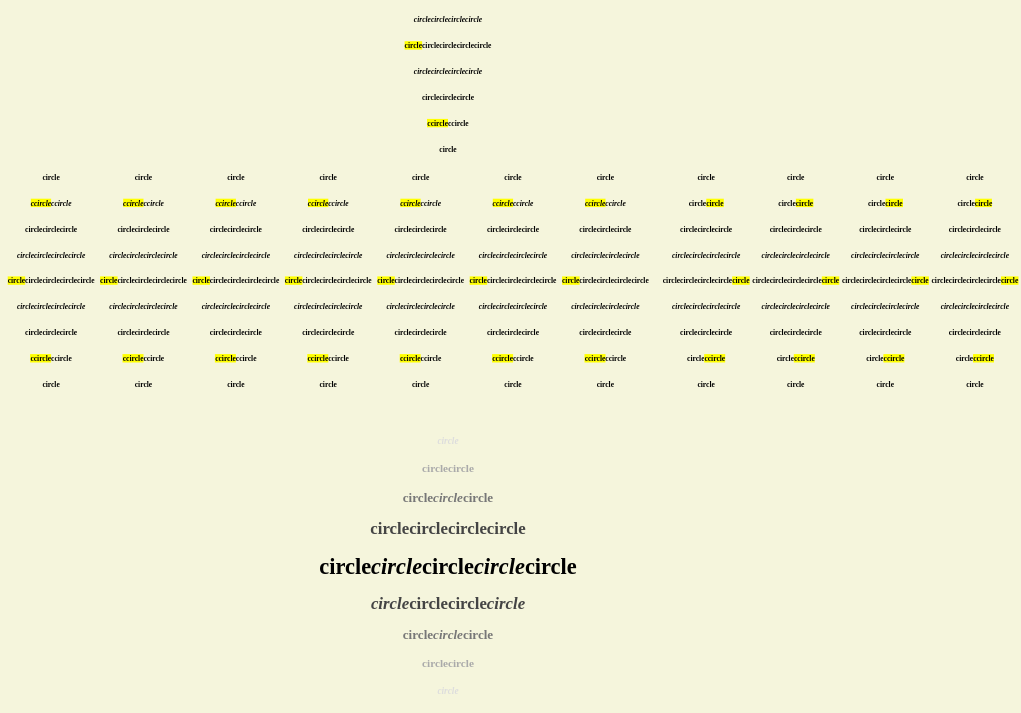
Repository: parkh899/parkh899.github.io
Page: lab/composition2.html
The author's editor kept a record of every edit. The page is drawn from the files as they stood at one moment, then again after the next edit.
The browser window is 1280 px wide. The page is 1458 px wide, so the pictures cover 1458 px, including what lies to the right of the window. The pictures show the part of the page from y = 1777 to 3457 px (the page is 2795 px tall before and 3793 px after), at 70% of full size.

Above is the page before.

### lab/composition2.html
<html>

<a href = "../index.html">Home</a> | <a href = "index.html">Composition</a>

<br/>
<hr/>
<hr/>

<body bgcolor="beige">

<center>

    <h1>circle</h1>
    <h1><i>circlecircle</i></h1>
    <h1><mark>circle</mark><del>circle</del><mark>circle</mark></h1>
    <h1><mark>circle</mark><del>circlecircle</del><mark>circle</mark></h1>
    <h1><mark>circle</mark><del><i>circle</i></del><mark>circle</mark><del><i>circle</i></del><mark>circle</mark></h1>
    <h1><mark>circle</mark><del>circlecircle</del><mark>circle</mark></h1>
    <h1><mark>circle</mark><del>circle</del><mark>circle</mark></h1>
    <h1><i>circlecircle</i></h1>
    <h1>circle</h1>
     <h1>circle</h1>
    <h1><i>circlecircle</i></h1>
    <h1><mark>circle</mark><del>circle</del><mark>circle</mark></h1>
    <h1><mark>circle</mark><del>circlecircle</del><mark>circle</mark></h1>
    <h1><mark>circle</mark><del><i>circle</i></del><mark>circle</mark><del><i>circle</i></del><mark>circle</mark></h1>
    <h1><mark>circle</mark><del>circlecircle</del><mark>circle</mark></h1>
    <h1><mark>circle</mark><del>circle</del><mark>circle</mark></h1>
    <h1><i>circlecircle</i></h1>
    <h1>circle</h1>
     <h1>circle</h1>
    <h1><i>circlecircle</i></h1>
    <h1><mark>circle</mark><del>circle</del><mark>circle</mark></h1>
    <h1><mark>circle</mark><del>circlecircle</del><mark>circle</mark></h1>
    <h1><mark>circle</mark><del><i>circle</i></del><mark>circle</mark><del><i>circle</i></del><mark>circle</mark></h1>
    <h1><mark>circle</mark><del>circlecircle</del><mark>circle</mark></h1>
    <h1><mark>circle</mark><del>circle</del><mark>circle</mark></h1>
    <h1><i>circlecircle</i></h1>
    <h1>circle</h1>

    <br/>

    <table>
        <tr>
            <td>
                <center>
                <h6>circle</h6>
                <h6><i><mark>ccircle</mark>ccircle</i></h6>
                <h6>circlecirclecircle</h6>
                <h6><em>circlecirclecirclecircle</em></h6>
                <h6><strong><mark>circle</mark>circlecirclecirclecircle</strong></h6>
                <h6><em>circlecirclecirclecircle</em></h6>
                <h6>circlecirclecircle</h6>
                <h6><mark>ccircle</mark>ccircle</h6>
                <h6>circle</h6>
                </center>
            </td>
            <td>
                <td>
                <center>
                <h6>circle</h6>
                <h6><i><mark>ccircle</mark>ccircle</i></h6>
                <h6>circlecirclecircle</h6>
                <h6><em>circlecirclecirclecircle</em></h6>
                <h6><strong><mark>circle</mark>circlecirclecirclecircle</strong></h6>
                <h6><em>circlecirclecirclecircle</em></h6>
                <h6>circlecirclecircle</h6>
                <h6><mark>ccircle</mark>ccircle</h6>
                <h6>circle</h6>
                </center>
            </td>
            <td>
                <td>
                <center>
                <h6>circle</h6>
                <h6><i><mark>ccircle</mark>ccircle</i></h6>
                <h6>circlecirclecircle</h6>
                <h6><em>circlecirclecirclecircle</em></h6>
                <h6><strong><mark>circle</mark>circlecirclecirclecircle</strong></h6>
                <h6><em>circlecirclecirclecircle</em></h6>
                <h6>circlecirclecircle</h6>
                <h6><mark>ccircle</mark>ccircle</h6>
                <h6>circle</h6>
                </center>
            </td>
            <td>
                <td>
                <center>
                <h6>circle</h6>
                <h6><i><mark>ccircle</mark>ccircle</i></h6>
                <h6>circlecirclecircle</h6>
                <h6><em>circlecirclecirclecircle</em></h6>
                <h6><strong><mark>circle</mark>circlecirclecirclecircle</strong></h6>
                <h6><em>circlecirclecirclecircle</em></h6>
                <h6>circlecirclecircle</h6>
                <h6><mark>ccircle</mark>ccircle</h6>
                <h6>circle</h6>
                </center>
            </td>
            <td>
                <td>
                <center>
                <h6>circle</h6>
                <h6><i><mark>ccircle</mark>ccircle</i></h6>
                <h6>circlecirclecircle</h6>
                <h6><em>circlecirclecirclecircle</em></h6>
                <h6><strong><mark>circle</mark>circlecirclecirclecircle</strong></h6>
                <h6><em>circlecirclecirclecircle</em></h6>
                <h6>circlecirclecircle</h6>
                <h6><mark>ccircle</mark>ccircle</h6>
                <h6>circle</h6>
                </center>
            </td>
            <td>

                <td>
                <center>
                <h6>circle</h6>
                <h6><i><mark>ccircle</mark>ccircle</i></h6>
                <h6>circlecirclecircle</h6>
                <h6><em>circlecirclecirclecircle</em></h6>
                <h6><strong><mark>circle</mark>circlecirclecirclecircle</strong></h6>
                <h6><em>circlecirclecirclecircle</em></h6>
                <h6>circlecirclecircle</h6>
                <h6><mark>ccircle</mark>ccircle</h6>
                <h6>circle</h6>
                </center>
            </td>
            <td>
                   <td>
                <center>
                <h6>circle</h6>
                <h6><i><mark>ccircle</mark>ccircle</i></h6>
                <h6>circlecirclecircle</h6>
                <h6><em>circlecirclecirclecircle</em></h6>
                <h6><strong><mark>circle</mark>circlecirclecirclecircle</strong></h6>
                <h6><em>circlecirclecirclecircle</em></h6>
                <h6>circlecirclecircle</h6>
                <h6><mark>ccircle</mark>ccircle</h6>
                <h6>circle</h6>
                </center>
            </td>
            <td>

                &nbsp;&nbsp;&nbsp;
            </td>
            <td>
                <center>
                <h6>circle</h6>
                <h6>circle<mark>circle</mark></h6>
                <h6>circlecirclecircle</h6>
                <h6><em>circlecirclecirclecircle</em></h6>
                <h6><strong>circlecirclecirclecircle<mark>circle</mark></strong></h6>
                <h6><em>circlecirclecirclecircle</em></h6>
                <h6>circlecirclecircle</h6>
                <h6>circle<mark>ccircle</mark></h6>
                <h6>circle</h6>
                </center>
            </td>
             <center>
                <h6>circle</h6>
                <h6><i><mark>ccircle</mark>ccircle</i></h6>
                <h6>circlecirclecircle</h6>
                <h6><em>circlecirclecirclecircle</em></h6>
                <h6><strong><mark>circle</mark>circlecirclecirclecircle</strong></h6>
                <h6><em>circlecirclecirclecircle</em></h6>
                <h6>circlecirclecircle</h6>
                <h6><mark>ccircle</mark>ccircle</h6>
                <h6>circle</h6>
                </center>
            <td>
                <center>
                <h6>circle</h6>
                <h6>circle<mark>circle</mark></h6>
                <h6>circlecirclecircle</h6>
                <h6><em>circlecirclecirclecircle</em></h6>
                <h6><strong>circlecirclecirclecircle<mark>circle</mark></strong></h6>
                <h6><em>circlecirclecirclecircle</em></h6>
                <h6>circlecirclecircle</h6>
                <h6>circle<mark>ccircle</mark></h6>
                <h6>circle</h6>
                </center>
            </td>
            <td>
                <center>
                <h6>circle</h6>
                <h6>circle<mark>circle</mark></h6>
                <h6>circlecirclecircle</h6>
                <h6><em>circlecirclecirclecircle</em></h6>
                <h6><strong>circlecirclecirclecircle<mark>circle</mark></strong></h6>
                <h6><em>circlecirclecirclecircle</em></h6>
                <h6>circlecirclecircle</h6>
                <h6>circle<mark>ccircle</mark></h6>
                <h6>circle</h6>
                </center>
            </td>
            <td>
                <center>
                <h6>circle</h6>
                <h6>circle<mark>circle</mark></h6>
                <h6>circlecirclecircle</h6>
                <h6><em>circlecirclecirclecircle</em></h6>
                <h6><strong>circlecirclecirclecircle<mark>circle</mark></strong></h6>
                <h6><em>circlecirclecirclecircle</em></h6>
                <h6>circlecirclecircle</h6>
                <h6>circle<mark>ccircle</mark></h6>
                <h6>circle</h6>
                </center>

            </td>
        </tr>

    </table>

    <br/>

    <h5 style="color:#DDDDDD"><i>circle</i></h5>
    <h4 style="color:#AAAAAA">circlecircle</h4>
    <h3 style="color:#777777">circle<i>circle</i>circle</h3>
    <h2 style="color:#444444">circlecirclecirclecircle</h2>
    <h1>circle<i>circle</i>circle<i>circle</i>circle</h1>
    <h2 style="color:#444444"><i>circle</i>circlecircle<i>circle</i></h2>
    <h3 style="color:#777777">circle<i>circle</i>circle</h3>
    <h4 style="color:#AAAAAA">circlecircle</h4>
    <h5 style="color:#DDDDDD"><i>circle</i></h5>


    </center>

    </body>


</html>

After the next edit:
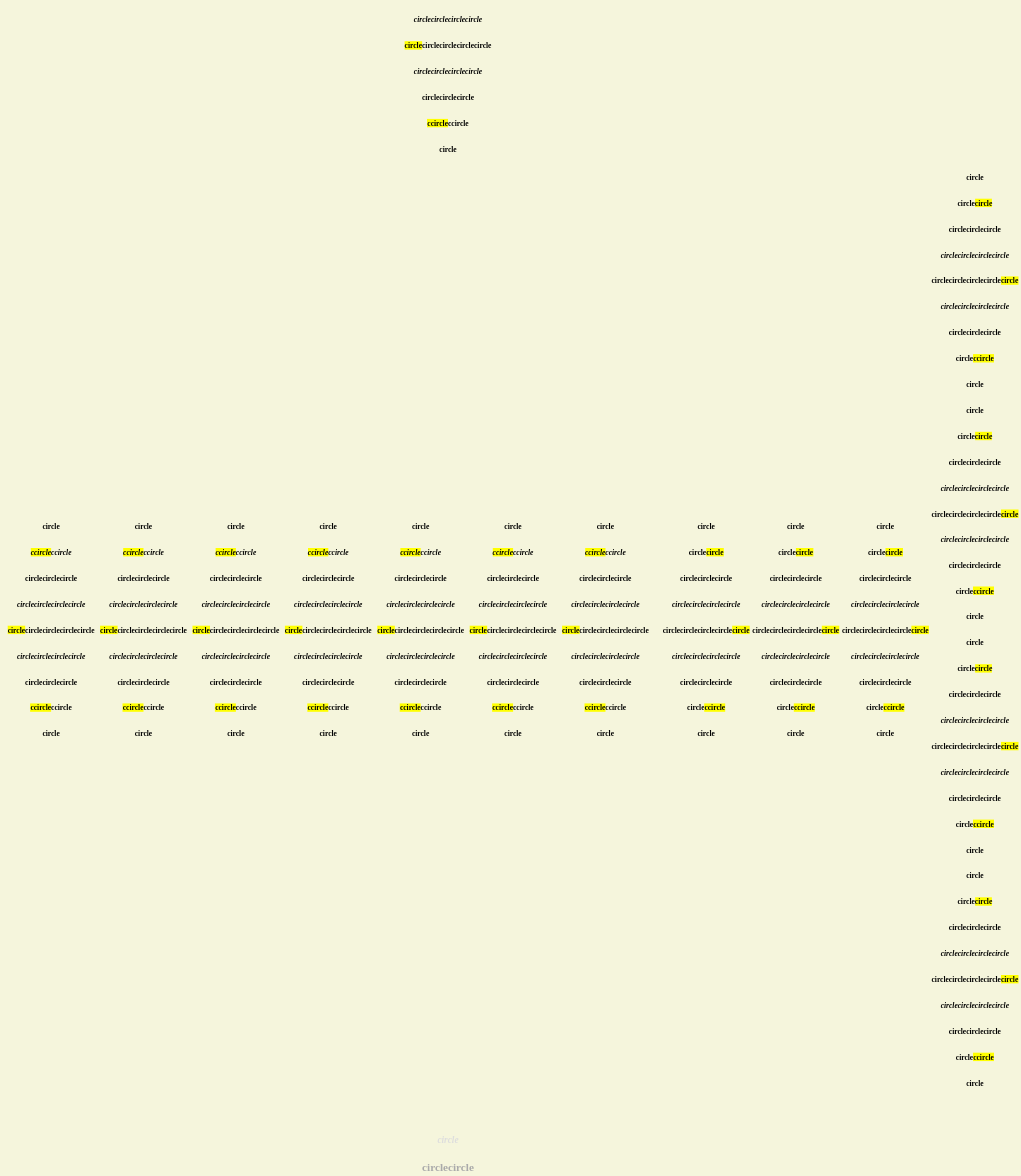
The edit:
--- a/lab/composition2.html
+++ b/lab/composition2.html
@@ -204,7 +204,36 @@
                 <h6><em>circlecirclecirclecircle</em></h6>
                 <h6>circlecirclecircle</h6>
                 <h6>circle<mark>ccircle</mark></h6>
-                <h6>circle</h6>
+                <h6>circle</h6><center>
+                <h6>circle</h6>
+                <h6>circle<mark>circle</mark></h6>
+                <h6>circlecirclecircle</h6>
+                <h6><em>circlecirclecirclecircle</em></h6>
+                <h6><strong>circlecirclecirclecircle<mark>circle</mark></strong></h6>
+                <h6><em>circlecirclecirclecircle</em></h6>
+                <h6>circlecirclecircle</h6>
+                <h6>circle<mark>ccircle</mark></h6>
+                <h6>circle</h6>
+                <h6>circle</h6>
+                <h6>circle<mark>circle</mark></h6>
+                <h6>circlecirclecircle</h6>
+                <h6><em>circlecirclecirclecircle</em></h6>
+                <h6><strong>circlecirclecirclecircle<mark>circle</mark></strong></h6>
+                <h6><em>circlecirclecirclecircle</em></h6>
+                <h6>circlecirclecircle</h6>
+                <h6>circle<mark>ccircle</mark></h6>
+                <h6>circle</h6><center>
+                <h6>circle</h6>
+                <h6>circle<mark>circle</mark></h6>
+                <h6>circlecirclecircle</h6>
+                <h6><em>circlecirclecirclecircle</em></h6>
+                <h6><strong>circlecirclecirclecircle<mark>circle</mark></strong></h6>
+                <h6><em>circlecirclecirclecircle</em></h6>
+                <h6>circlecirclecircle</h6>
+                <h6>circle<mark>ccircle</mark></h6>
+                <h6>circle</h6>
+
+
                 </center>
 
             </td>
